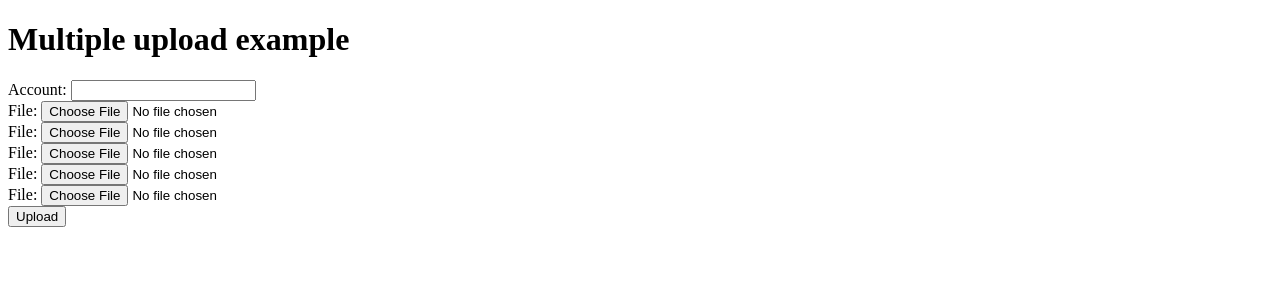
Repository: fgh64hfhk/webworkspace
Page: eeit82_web/src/main/webapp/web09.html
The author's editor kept a copy of each file at every save. The page is drawn from the files as they stood at one save, then again after the next save.
The browser window is 1280 px wide. The pictures show the whole page.

Above is the page before, as saved 2024-05-13 07:00:19.

### eeit82_web/src/main/webapp/web09.html
<!DOCTYPE html>
<html>
<head>
<meta charset="UTF-8">
<title>Web09 page</title>
</head>
<body>
	<h1>Multiple upload example</h1>
	<form action="Servlet09"
		  method="post"
		  enctype="multipart/form-data">
		Account:
		<input name="account">
		<br />
		File:
		<input type="file" name="upload" /><br />
		File:
		<input type="file" name="upload" /><br />
		File:
		<input type="file" name="upload" /><br />
		File:
		<input type="file" name="upload" /><br />
		File:
		<input type="file" name="upload" /><br />
		<input type="submit" value="Upload">
	</form>
</body>
</html>

After the next save:
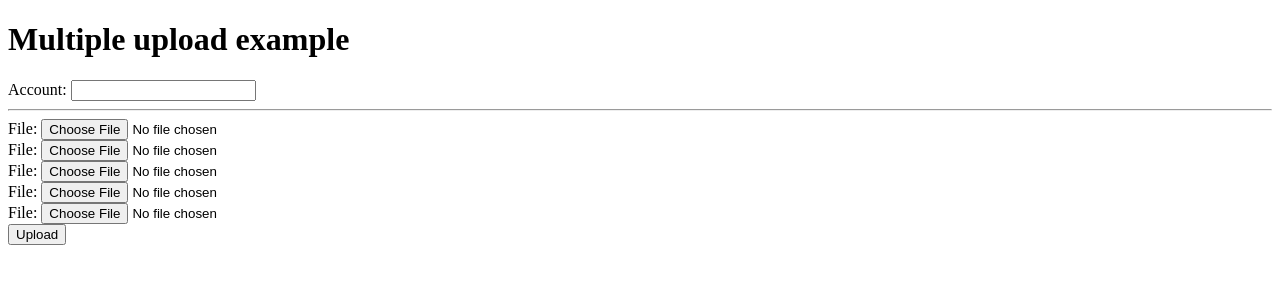
Saved 8 s later.
--- a/eeit82_web/src/main/webapp/web09.html
+++ b/eeit82_web/src/main/webapp/web09.html
@@ -11,7 +11,7 @@
 		  enctype="multipart/form-data">
 		Account:
 		<input name="account">
-		<br />
+		<hr />
 		File:
 		<input type="file" name="upload" /><br />
 		File:
